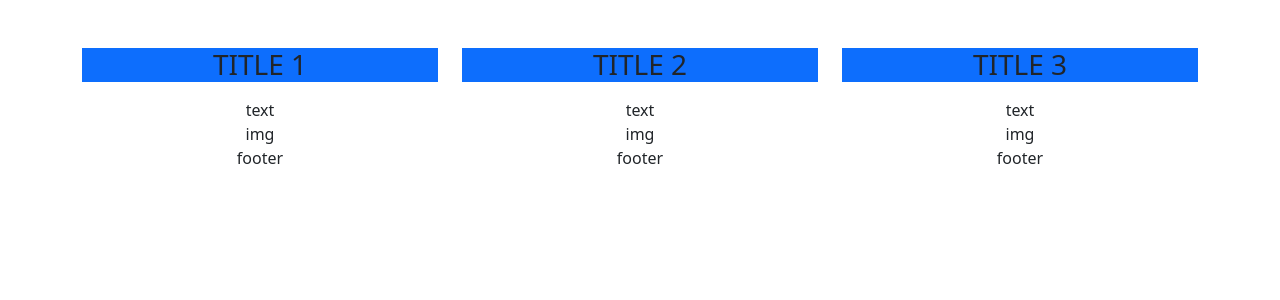
Repository: jorgi710/Prueba-Bootstrap
Page: /
These files come from the project's save history. The page is drawn as it stood at one moment and after the next save; the edit follows.
The browser window is 1280 px wide. The pictures show the whole page.
The project was rebuilt for these pictures with package versions that can differ from the ones it lists, and the page was loaded fresh each time. Also part of the build but not shown: src/App.css.

Above is the page before, as saved 2021-03-30 10:24:47.

After the next save:
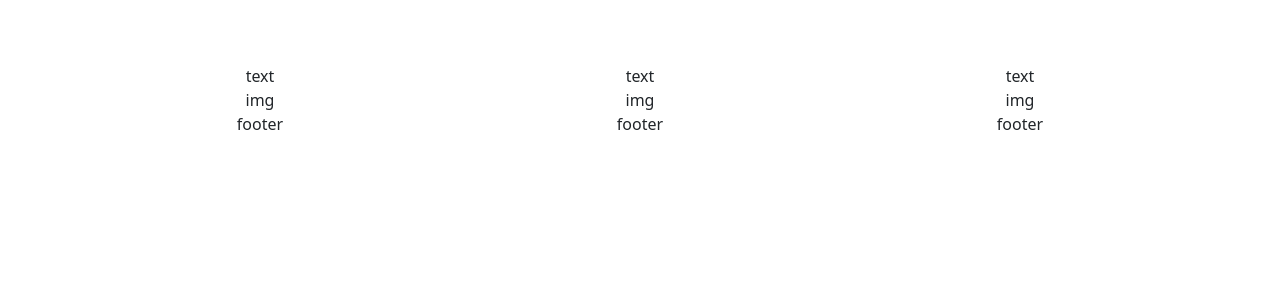
Saved 67 s later.
--- a/src/components/Header.jsx
+++ b/src/components/Header.jsx
@@ -1,11 +1,11 @@
 import React from 'react'
 
-const Header = ({title}) => {
+const Header = ({title_header, parrafo_header}) => {
     return (
         <>
             <div className="bg-primary">
-                <h3>{title}</h3>
-                <p></p>
+                <h3>{title_header}</h3>
+                <p>{parrafo_header}</p>
             </div>
             <div>text</div>
             <div>img</div>
